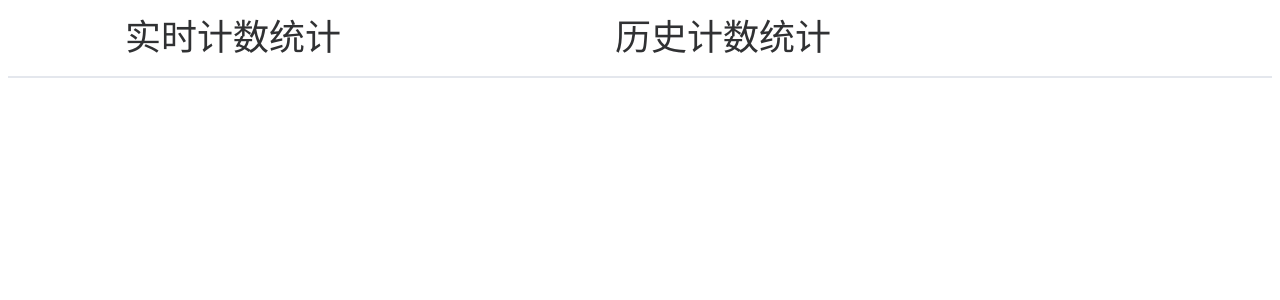
Repository: yaesass/yaesass
Page: /#/InStock (app in scancode/)
An editor plug-in stored every save of this project. The page is shown before and after the next save, followed by the edit.
The browser window is 1280 px wide. The pictures show the whole page.
The project was rebuilt for these pictures with package versions that can differ from the ones it lists, and the page was loaded fresh each time. Also part of the build but not shown: scancode/vue.config.js.

Above is the page before, as saved 2022-06-29 16:12:57.

### scancode/src/main.js
import Vue from 'vue'
import App from './App.vue'
import router from './router/index.js'

import ElementUI from 'element-ui';
import 'element-ui/lib/theme-chalk/index.css';

import axios from 'axios'
Vue.use(ElementUI);
Vue.config.productionTip = false
Vue.prototype.$axios = axios
new Vue({
  el: '#app',
  axios,
  router,
  render: h => h(App)
}).$mount('#app')

### scancode/src/App.vue
<template>
  <div id="app">
    <!-- Name {{ Name }} token {{ token }} Type {{ Type }} Remarks {{ Remarks }} -->
    <router-view></router-view>
  </div>
</template>
<script>
export default {
  name: "App",
  data() {
    return {
      // show: "",
      // activeName: "待生产订单",
      // list: [],
      // listLoading: true,
      // queryForm: {
      //   CurrentPage: 1,
      //   PageSize: 999999,
      // },
      // intervalId: null,
      // messageObj: "",
    };
  },
  created() {
    //获取winform数据
    let Name, token, Type, Remarks;
    // Name = this.getQueryString("Name");
    // token = "Bearer" + " " + this.getQueryString("token");
    // Type = this.getQueryString("DeliveryType");
    // Remarks = this.getQueryString("Remarks");
    token =
      "Bearer admin-accessToken-eyJ0eXAiOiJKV1QiLCJhbGciOiJIUzI1NiJ9.eyJpZCI6IkVBNDY5MDAwLUEwRTMtNDM2NS04OEU1LTYzNTk4MUQxNzM2NSIsIm5hbWUiOiLmiavnoIEifQ.ysDSnXIKlGLatjoH2wUIq0r65R8tv9DP_CH0vsOTbN0";
    Name = "in4";
    Type = "in";
    Remarks = "in4货口";
    if (Type == "in") {
      this.$router.push({
        name: "InStock",
        params: { Name, token, Type, Remarks },
      });
    } else {
      this.$router.push({
        name: "OutStock",
        params: { Name, token, Type, Remarks },
      });
    }
  },
  beforeDestroy() {
    // this.isDestroyed = true;
    // this.ws.close("测试");
  },
  methods: {
    //接收winform数据
    getQueryString(name) {
      var reg = new RegExp("(^|&)" + name + "=([^&]*)(&|$)");
      var r = window.location.search.substr(1).match(reg);
      if (r != null) return decodeURI(r[2]);
      return null;
    },
  },
};
</script>

### scancode/src/router/index.js
import Vue from 'vue'
import VueRouter from 'vue-router'
// import HomeView from '../views/mainPage/mainPage.vue'

Vue.use(VueRouter)

const routes = [
  {
    path: '/',
    name: 'home',
  },
  {
    path: '/InStock',
    name: 'InStock',
    // route level code-splitting
    // this generates a separate chunk (about.[hash].js) for this route
    // which is lazy-loaded when the route is visited.
    component: () => import(/* webpackChunkName: "about" */ '../views/InStock.vue')
  }, {
    path: '/InStockDetail',
    name: 'InStockDetail',
    // route level code-splitting
    // this generates a separate chunk (about.[hash].js) for this route
    // which is lazy-loaded when the route is visited.
    component: () => import(/* webpackChunkName: "about" */ '../views/InStockDetail.vue')
  }, {
    path: '/OutStock',
    name: 'OutStock',
    // route level code-splitting
    // this generates a separate chunk (about.[hash].js) for this route
    // which is lazy-loaded when the route is visited.
    component: () => import(/* webpackChunkName: "about" */ '../views/OutStock.vue')
  }
]



const router = new VueRouter({
  routes
})

export default router

### scancode/src/views/InStock.vue
<template>
  <el-tabs v-model="activeName" @tab-click="handleClick">
    <el-tab-pane
      label="实时计数统计"
      class="counttable"
      name="second"
      :disabled="tab"
    >
      <div class="count">
        <div class="counttxt">{{ Remarks }}</div>
      </div>
      <el-table
        :data="tableData"
        border
        :header-cell-style="{
          background: '#F2F6FC',
          height: '48px',
          color: '#909399',
          fontSize: '40px',
        }"
        style="width: 910px; margin: 40px auto; font-size: 25px"
        :cell-style="totalcellcolor"
        height="450"
        :row-style="{ height: '48px' }"
        v-if="countkey"
      >
        <el-table-column align="center" label="生产单">
          <template slot-scope="scope">
            <span v-html="scope.row.product"></span>
          </template>
        </el-table-column>
        <el-table-column align="center" label="操作">
          <template #default="{ row }">
            <el-button
              type="primary"
              round
              @click="ordercharge(row)"
              style="font-size: 20px"
            >
              入库
            </el-button>
          </template>
        </el-table-column>
      </el-table>
    </el-tab-pane>
    <el-tab-pane
      label="历史计数统计"
      class="counttable"
      name="first"
      :disabled="tab"
    >
      <div class="f" style="justify-content: space-around; margin-top: 17px">
        <el-date-picker
          v-model="value1"
          type="daterange"
          value-format="yyyy-MM-dd"
          range-separator="至"
          start-placeholder="开始日期"
          end-placeholder="结束日期"
        >
        </el-date-picker>
        <el-button type="primary" @click="inquire()">查询</el-button>
      </div>
      <el-table
        :data="tableData"
        border
        :header-cell-style="{
          background: '#F2F6FC',
          height: '48px',
          color: '#909399',
          fontSize: '40px',
        }"
        style="width: 910px; margin: 40px auto; font-size: 25px"
        :cell-style="totalcellcolor"
        height="450"
        :row-style="{ height: '48px' }"
      >
        <el-table-column align="center" prop="product" label="产品名称">
        </el-table-column>
        <el-table-column align="center" prop="num" label="入库数量">
        </el-table-column>
        <el-table-column align="center" prop="time" label="出库时间">
        </el-table-column>
      </el-table>
    </el-tab-pane>
  </el-tabs>
</template>

<script>
export default {
  name: "InStock",
  data() {
    return {
      token: "",
      Name: "",
      Type: "",
      Remarks: "",
    };
  },
  created() {
    // this.GetScanningOrder();
    this.token = this.$route.params.token;
    this.Name = this.$route.params.Name;
    this.Type = this.$route.params.Type;
    this.Remarks = this.$route.params.Remarks;
    console.log("this.$route.params", this.$route.params);
  },
  mounted() {},

  destroyed() {
    // 在页面销毁
  },
  methods: {
    //选项卡
    handleClick() {
      this.inquire();
    },

    //查询入库订单状态
    GetScanningOrder(e) {
      let that = this;
      that.$loading({
        lock: true,
        text: "请稍候...",
        spinner: "el-icon-loading",
        background: "rgba(0, 0, 0, 0.7)",
      });
      that.list = [];
      this.$axios
        .post(
          "https://www.moondeity.com:8308/api/Areas/OrderInfo/GetScanningOrder",
          {
            Type: that.Name,
          },
          {
            headers: {
              Authorization: that.token,
            },
          }
        )
        .then(function (response) {
          let reqdata = response.data.data;
          console.log("查询入库订单状态", reqdata.dt);
          if (reqdata.dt != "") {
            let { Name, token, Type, Remarks } = this;
            //有正在入库的订单
            this.$router.push({
              name: "InStockDetail",
              params: { Name, token, Type, Remarks },
            });
          } else {
            that.getlist("wait"); //没有正在入库的订单
          }
          that.$loading().close();
        })
        .catch(function (error) {
          console.log("查询入库订单状态error", error);
          if (e != "err") {
            that.$loading().close();
          }
          that.$loading({
            lock: true,
            text: "网络异常，重新连接中",
            spinner: "el-icon-loading",
            background: "rgba(0, 0, 0, 0.7)",
          });
          setTimeout(() => {
            that.GetScanningOrder("err");
          }, 3000);
        });
    },

    //获取列表
    getlist(e) {
      this.tableData = [];
      if (this.begintime == "") {
        this.begintime = "2022-04-10";
      }
      if (this.endtime == "") {
        this.gettime();
      }
      let that = this;
      if (e == "wait") {
        //入库订单
        ////console.log('order')
        this.$axios
          .post(
            "https://www.moondeity.com:8308/api/Areas/OrderInfo/GetOrderList",
            {
              Type: "待入库订单",
              PageSize: 99,
              CurrentPage: 1,
              StockType: that.Name,
            },
            {
              headers: {
                Authorization: that.token,
              },
            }
          )
          .then(function (response) {
            // ////console.log('getOrderList', response.data.data.dt)
            let temp = response.data.data.dt,
              list = [];
            for (let i = 0; i in temp; i++) {
              list.push({
                product: temp[i].Remarks,
                OrderId: temp[i].Id,
              });
            }
            //console.log('list', list)
            that.tableData = list;
          })
          .catch(function (error) {
            console.log(error);
          });
      } else {
        //总计查询
        //console.log('total')
        this.$axios
          .post(
            "https://www.moondeity.com:8308/api/Areas/OrderInfo/GetOrderList",
            {
              Type: "已入库订单",
              CurrentPage: 1,
              PageSize: 99,
              begintime: that.begintime,
              endtime: that.endtime,
              StockType: that.Name,
            },
            {
              headers: {
                Authorization: that.token,
              },
            }
          )
          .then(function (response) {
            //console.log('total', response)
            let temp = response.data.data.dt;
            for (let i in temp) {
              that.tableData.push({
                time: temp[i].WarehousingTime.split("T")[0],
                product: temp[i].Remarks.split(">")[1].split("第")[0],
                num: temp[i].RealQuantity,
              });
            }
          })
          .catch(function (error) {
            console.log(error);
          });
      }
    },
  },
};
</script>

<style>
.f {
  display: flex;
}

.el-table {
  width: 100%;
  display: flex;
  flex-direction: column;
}

.el-table__body-wrapper {
  flex: 1;
}

.el-tabs__item {
  margin-top: 10px;
  width: 470px;
  height: 60px;
  text-align: center;
  font-size: 36px;
  font-weight: 300;
  letter-spacing: 0em;
}

.back {
  margin-top: -50px;
  margin-left: 750px;
}

.count {
  display: flex;
  justify-content: right;
  margin: 20px 60px 20px 0;
}

.count .counttxt {
  font-size: 40px;
  font-weight: normal;
  line-height: 24px;
  letter-spacing: 0px;
  color: #909399;
}

.counttable .el-table .cell {
  line-height: 50px;
  font-weight: 300;
}

.inzeroa {
  display: flex;
  width: 264px;
  height: 81px;
  border-radius: 15px;
  background: #d8d8d8;
}

.inzeroa .btntxt {
  margin: auto;
  font-size: 50px;
  font-weight: 300;
  color: #aaaaaa;
}

.inzero {
  display: flex;
  width: 264px;
  height: 81px;
  border-radius: 15px;
  background: #409eff;
}

.inzero .btntxt {
  margin: auto;
  font-size: 50px;
  font-weight: 300;
  color: #ffffff;
}

.zero {
  display: flex;
  margin: 34px auto;
  width: 264px;
  height: 81px;
  border-radius: 15px;
  background: #409eff;
}

.zero .btntxt {
  margin: auto;
  font-size: 50px;
  font-weight: 300;
  color: #ffffff;
}

.outhistory {
  display: flex;
  margin: 34px auto;
  width: 264px;
  height: 81px;
  border-radius: 15px;
  background: #409eff;
}

.outhistory .btntxt {
  margin: auto;
  font-size: 50px;
  font-weight: 300;
  color: #ffffff;
}

.out {
  display: flex;
  margin: 180px auto;
  width: 300px;
  height: 150px;
  border-radius: 30px;
  background: #409eff;
}

.out .btntxt {
  margin: auto;
  font-size: 50px;
  font-weight: 300;
  color: #ffffff;
}

.workShop_message {
  width: 40%;
  font-size: 30px;
  color: #ff7d38;
}

.workShop_message .btn {
  padding: 5px 10px;
  cursor: pointer;
  background: #ffb89143;
  border: 2px solid #ffb89143;
  border-radius: 10px;
}
</style>

Loaded but not shown: scancode/public/index.html (common file)

After the next save:
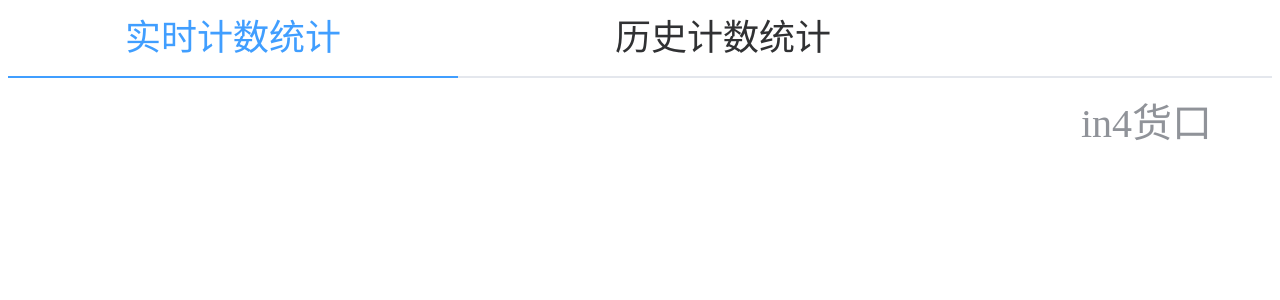
Saved 59 s later.
--- a/scancode/src/views/InStock.vue
+++ b/scancode/src/views/InStock.vue
@@ -3,7 +3,7 @@
     <el-tab-pane
       label="实时计数统计"
       class="counttable"
-      name="second"
+      name="实时计数统计"
       :disabled="tab"
     >
       <div class="count">
@@ -46,7 +46,7 @@
     <el-tab-pane
       label="历史计数统计"
       class="counttable"
-      name="first"
+      name="历史计数统计"
       :disabled="tab"
     >
       <div class="f" style="justify-content: space-around; margin-top: 17px">
@@ -95,6 +95,7 @@ export default {
       Name: "",
       Type: "",
       Remarks: "",
+      activeName:'实时计数统计',
     };
   },
   created() {
